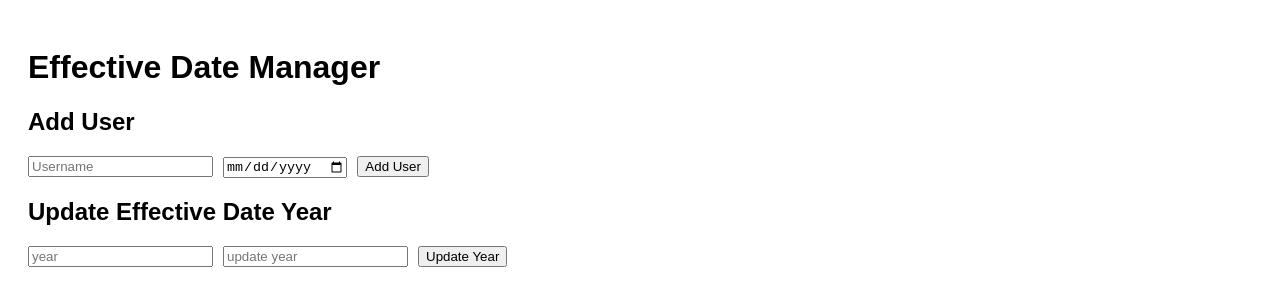
Repository: pripriya09/update-matchYear-Database
Page: / (app in frontend/)
An editor plug-in stored every save of this project. The page is shown before and after the next save, followed by the edit.
The browser window is 1280 px wide. The pictures show the whole page.
The project was rebuilt for these pictures with package versions that can differ from the ones it lists, and the page was loaded fresh each time. Also part of the build but not shown: frontend/vite.config.js.

Above is the page before, as saved 2024-12-19 12:53:58.

### frontend/src/App.jsx
import React, { useState } from "react";

const App = () => {
  const [username, setUsername] = useState("");
  const [effectiveDate, setEffectiveDate] = useState("");
  const [oldYear, setOldYear] = useState("");
  const [newYear, setNewYear] = useState("");
  const [message, setMessage] = useState("");

  const baseURL = "http://localhost:8000";

  // Add User
  const handleAddUser = async () => {
    if (!username || !effectiveDate) {
      setMessage("Please provide both username and effective date.");
      return;
    }

    try {
      const response = await fetch(`${baseURL}/users`, {
        method: "POST",
        headers: { "Content-Type": "application/json" },
        body: JSON.stringify({ username, effective_date: effectiveDate }),
      });
      const data = await response.json();

      if (response.ok) {
        setMessage("User added successfully!");
        setUsername("");
        setEffectiveDate("");
      } else {
        setMessage(data.message || "Failed to add user.");
      }
    } catch (error) {
      console.error("Error adding user:", error);
      setMessage("An error occurred while adding the user.");
    }
  };

  // Update Year
  const handleUpdateYear = async () => {
    if (!oldYear || !newYear) {
      setMessage("Please provide both old year and new year.");
      return;
    }

    try {
      const response = await fetch(`${baseURL}/update-year`, {
        method: "POST",
        headers: { "Content-Type": "application/json" },
        body: JSON.stringify({ oldYear, newYear }),
      });
      const data = await response.json();

      if (response.ok) {
        setMessage(data.message || "Year updated successfully!");
        setOldYear("");
        setNewYear("");
      } else {
        setMessage(data.message || "Failed to update year.");
      }
    } catch (error) {
      console.error("Error updating year:", error);
      setMessage("An error occurred while updating the year.");
    }
  };

  return (
    <div style={{ padding: "20px", fontFamily: "Arial, sans-serif" }}>
      <h1>Effective Date Manager</h1>

      {/* Add User */}
      <div style={{ marginBottom: "20px" }}>
        <h2>Add User</h2>
        <input
          type="text"
          placeholder="Username"
          value={username}
          onChange={(e) => setUsername(e.target.value)}
          style={{ marginRight: "10px" }}
        />
        <input
          type="date"
          value={effectiveDate}
          onChange={(e) => setEffectiveDate(e.target.value)}
          style={{ marginRight: "10px" }}
        />
        <button onClick={handleAddUser}>Add User</button>
      </div>

      {/* Update Year */}
      <div style={{ marginBottom: "20px" }}>
        <h2>Update Effective Date Year</h2>
        <input
          type="text"
          placeholder="year"
          value={oldYear}
          onChange={(e) => setOldYear(e.target.value)}
          style={{ marginRight: "10px" }}
        />
        <input
          type="text"
          placeholder="update year"
          value={newYear}
          onChange={(e) => setNewYear(e.target.value)}
          style={{ marginRight: "10px" }}
        />
        <button onClick={handleUpdateYear}>Update Year</button>
      </div>

      {/* Message */}
      {message && <p style={{ color: "green" }}>{message}</p>}
    </div>
  );
};

export default App;

Loaded but not shown: frontend/index.html (common file); frontend/src/main.jsx (common file)

After the next save:
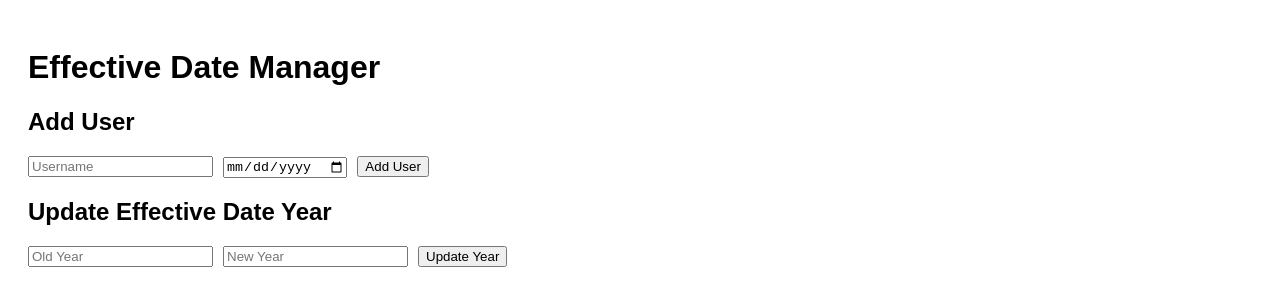
Saved 89 s later.
--- a/frontend/src/App.jsx
+++ b/frontend/src/App.jsx
@@ -7,8 +7,6 @@ const App = () => {
   const [newYear, setNewYear] = useState("");
   const [message, setMessage] = useState("");
 
-  const baseURL = "http://localhost:8000";
-
   // Add User
   const handleAddUser = async () => {
     if (!username || !effectiveDate) {
@@ -17,7 +15,7 @@ const App = () => {
     }
 
     try {
-      const response = await fetch(`${baseURL}/users`, {
+      const response = await fetch("http://localhost:8000/users", {
         method: "POST",
         headers: { "Content-Type": "application/json" },
         body: JSON.stringify({ username, effective_date: effectiveDate }),
@@ -45,7 +43,7 @@ const App = () => {
     }
 
     try {
-      const response = await fetch(`${baseURL}/update-year`, {
+      const response = await fetch("http://localhost:8000/update-year", {
         method: "POST",
         headers: { "Content-Type": "application/json" },
         body: JSON.stringify({ oldYear, newYear }),
@@ -93,14 +91,14 @@ const App = () => {
         <h2>Update Effective Date Year</h2>
         <input
           type="text"
-          placeholder="year"
+          placeholder="Old Year"
           value={oldYear}
           onChange={(e) => setOldYear(e.target.value)}
           style={{ marginRight: "10px" }}
         />
         <input
           type="text"
-          placeholder="update year"
+          placeholder="New Year"
           value={newYear}
           onChange={(e) => setNewYear(e.target.value)}
           style={{ marginRight: "10px" }}
